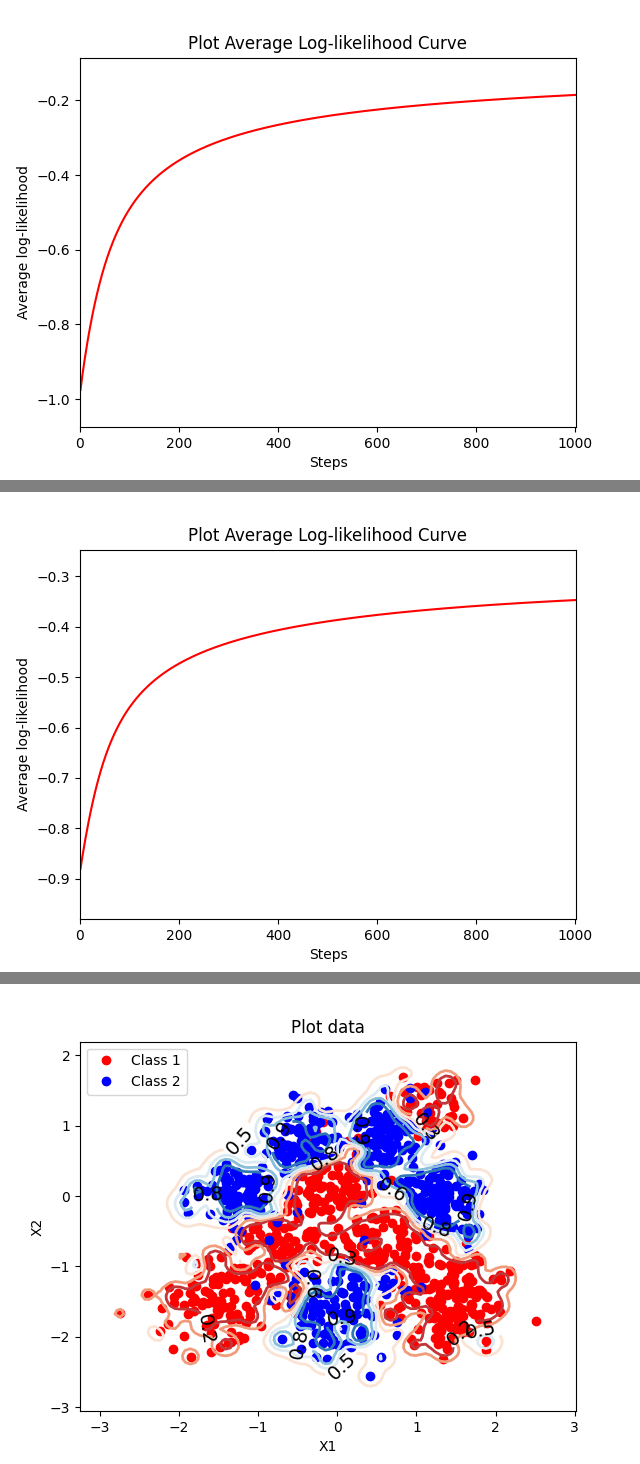
Repository: DhruvTrehan03/3F8
Script's output: python Lab.py
These files come from the project's save history. The script's output is drawn as it stood at one moment and after the next save; the edit follows.
Each picture stacks the figures in order, with grey between them; figures that are only written to a file come last. Random numbers start from a fixed seed.

Above is the script's output before, as saved 2024-02-16 13:08:54.

After the next save:
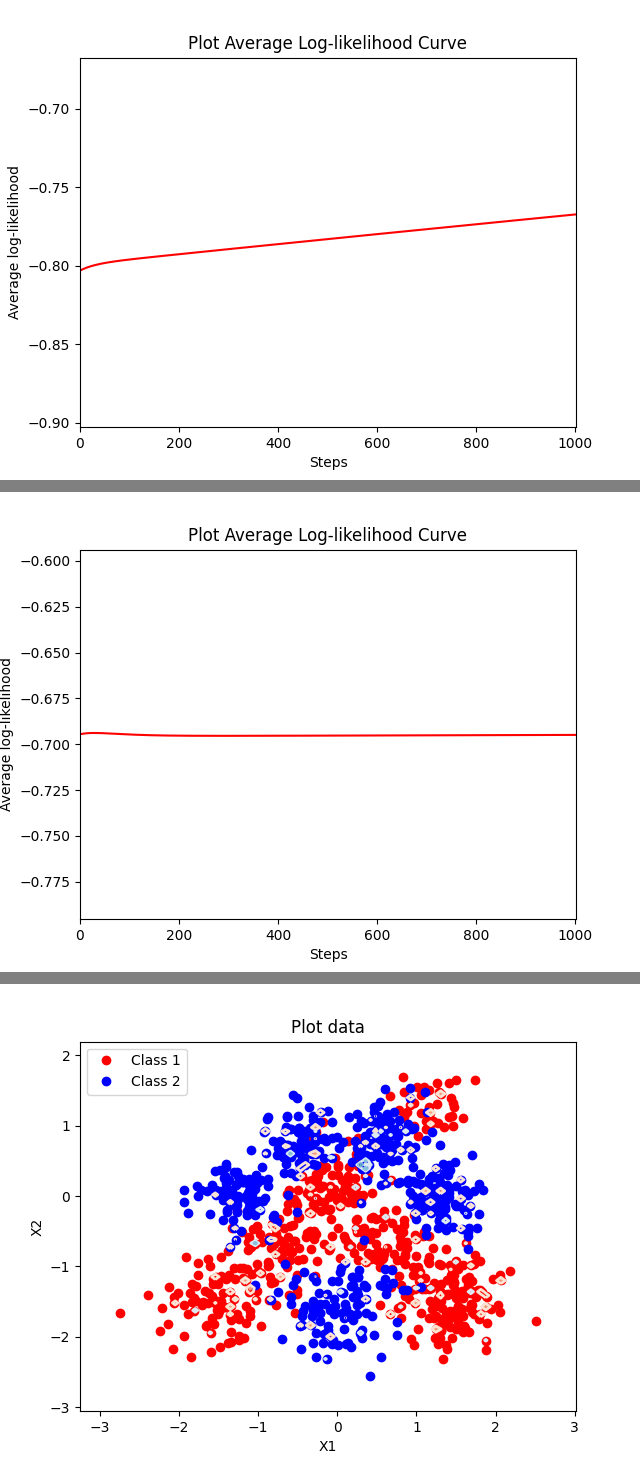
Saved 2 min 57 s later.
--- a/Lab.py
+++ b/Lab.py
@@ -122,14 +122,14 @@ y_test = y[ n_train : ]
 # plot_ll(ll_test)
 # plot_predictive_distribution(X, y, w)
 
-l = 0.1 # Width of the Gaussian basis funcction. To be completed by the student
+l = 0.01 # Width of the Gaussian basis funcction. To be completed by the student
 
 X_tilde_train = get_x_tilde(evaluate_basis_functions(l, X_train, X_train))
 X_tilde_test = get_x_tilde(evaluate_basis_functions(l, X_test, X_train))
 
 # We train the new classifier on the feature expanded inputs
 
-alpha = 0.001 # Learning rate for gradient-based optimisation with basis functions. To be completed by the student
+alpha = 0.0001 # Learning rate for gradient-based optimisation with basis functions. To be completed by the student
 n_steps = 1000 # Number of steps of gradient-based optimisation with basis functions. To be completed by the student
 
 w, ll_train, ll_test = fit_w(X_tilde_train, y_train, X_tilde_test, y_test, n_steps, alpha)
